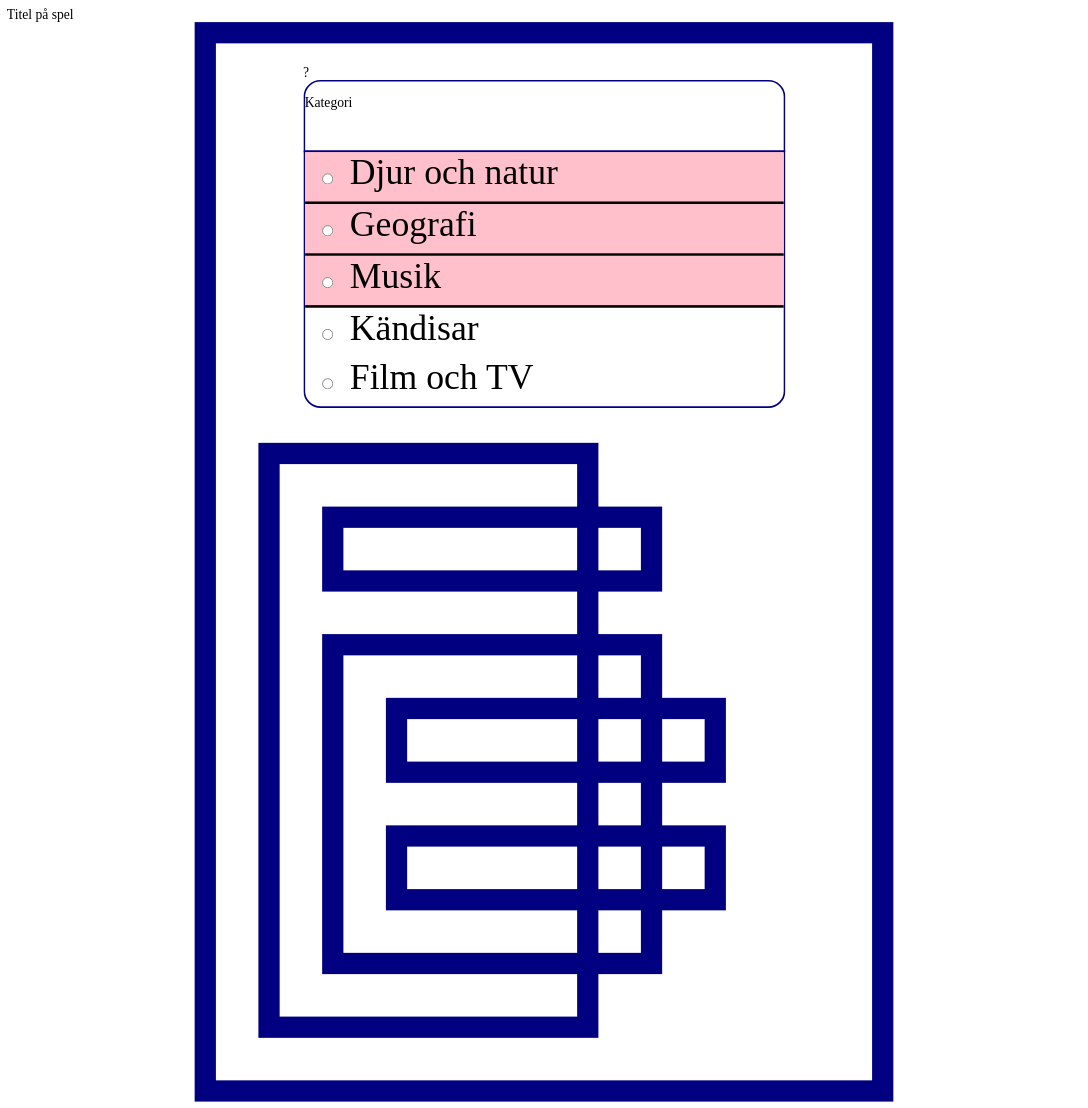
Repository: ed222gg/project2
Page: pages/start.html
The author's editor kept a record of every edit. The page is drawn from the files as they stood at one moment, then again after the next edit.
The browser window is 1280 px wide. The pictures show the whole page, at 85% of full size.

Above is the page before.

### pages/start.html
<!DOCTYPE html>
<html>

<head>
    <meta charset="utf-8" />
    <title>Index</title>
    <link rel="stylesheet" type="text/css" href="../css/style.css" />
</head>

<body>
    <header>Titel på spel</header>
    <main>
        <div id="container">
            <div id="help">?</div>
            <div id="CategoryTitle"><p>Kategori</div>
            <div id="categories">
                <ul>
                    <div id="li0"><li><input type="radio" id="c0" name="category" value="0">Djur och natur</li></div>
                    <div id="li1"><li><input type="radio" id="c1" name="category" value="1">Geografi</li></div>
                 <div id="li2">   <li><input type="radio" id="c2" name="category" value="2">Musik</li></div>
                  <div id="li3"> <li><input type="radio" id="c3" name="category" value="3">Kändisar</li></div>
                  <div id="li4">  <li><input type="radio" id="c4" name="category" value="4">Film och TV</li></div>
                </ul>




            </div>
        </div>
        <!-- <template id="tamplate"> -->
        <div id="gameLayout">
            <div id="topLayout"></div>
            <div id="bottomLayout">
                <div id="bottomLeft"></div>
            <div id="bottomRight"></div>
        </div>
        </div>
        <!-- </template> -->

    </main>
    <script src="../script/Game.js" type="text/javascript"></script>
</body>

</html>

<!-- main funktionen
   var template = document.querySelector('#template');
   var gameLayout = template.content.querySelector('#gameLayout').cloneNode(true);

   // om du vill hämta element i main funktionen
   gameLayout.questionP = gameLayout.querySelector('#question');
   gameLayout.questionP.innerHTML ='vem van vm 2011';

   // lägger ut allt
   container.appendChild(gameLayout);
   <--

### css/style.css
body{
    background: #FFFFFF;
}

main{
    /* float: right; */
  overflow: auto;
  margin: auto;
  width: 722px;
  padding: 25px;
  border: 25px solid navy;
}
header{}
input{

    margin: 20px;}

#template{ }
#gameLayout{
    float:left;
    width: 300px;
    padding: 25px;
    border: 25px solid navy;
    margin: 25px;}
#topLayout{
      float:left;
      width: 300px;
    padding: 25px;
    border: 25px solid navy;
    margin: 25px;}
#bottomLayout{   float:left;width: 300px;
    padding: 25px;
    border: 25px solid navy;
    margin: 25px;}
#bottomLeft{  float:left; width: 300px;
    padding: 25px;
    border: 25px solid navy;
    margin: 25px;}
#bottomRight{   float:left;width: 300px;
    padding: 25px;
    border: 25px solid navy;
    margin: 25px;}



#categories{  float:left;
    margin: 0px;
    padding: 0px;
    list-style-type: none;
}


#container{    overflow: auto;
  /* float: left; */
  width: 567px;
  padding: -29px;
 /* border: 8px solid navy;*/
  margin: auto;
}


#CategoryTitle{


  width: 563px;
  height: 81px;
  /* padding: 18px; */
  border: 2px solid navy;
  /* margin: 25px; */
  margin: auto;
  border-radius-top: 12px;
  border-top-left-radius: 20px;
  border-top-right-radius: 20px;

}


 ul{
  padding: 0px;
  margin-top: -2px;
  width: 563px;
  border: 2px solid navy;
  border-bottom-left-radius: 20px;
  border-bottom-right-radius: 20px;

 }
 li{  /* width: 51px; */
  font-size: 42px;
  /* font-family: serif; */
  list-style-type: none;
  /* width: 200px; */
 }

input#c:hover {
  cursor:pointer;

 }

#li0{
background-color:pink;
border-bottom-style: solid;
}
#li1{
background-color:pink;
border-bottom-style: solid;
}

#li2{
background-color:pink;
border-bottom-style: solid;
}

### script/Game.js
"use strict"; //objekt.metod/egenskap(argument)

var Game= {

    pos: 0,
    categoryNr: undefined,
    test: undefined,
    testStatus: undefined,
    question: undefined,
    choice: undefined,
    choises: undefined,
    chA: undefined,
    chB: undefined,
    correct: 0,
    questionsArray: [],


    init: function() {
        var radios = document.getElementsByName('category'); // samla alla cetegoryelementen i en lista
        console.log(radios)

        for (var i = 0; i < radios.length; i++) {
            eventClick(i);
        }
        //funktionen eventclick som vi kallar på i forloopen ovan,
        //lägger en eventlistener på alla elementen i radios
        function eventClick(categoryId){
            radios[categoryId].addEventListener("click", function() {
            if (radios[categoryId].checked)
            {

                //nu har vi checkat samt vet vilket id categorin har. nu kan vi sätta rätt frågor. next step.
                //hmm hur var det jag hade tänkt nu då...
                console.log(categoryId)

            }


            });
        }



    },
};
//När sidan har laddads in så anropas init.
window.onload = Game.init;


 /* // main funktionen
   var template = document.querySelector('#template');
   var gameLayout = template.content.querySelector('#gameLayout').cloneNode(true);

   // om du vill hämta element i main funktionen
   gameLayout.questionP = gameLayout.querySelector('#question');
   gameLayout.questionP.innerHTML ='vem van vm 2011';

   // lägger ut allt
   container.appendChild(gameLayout);*/

After the next edit:
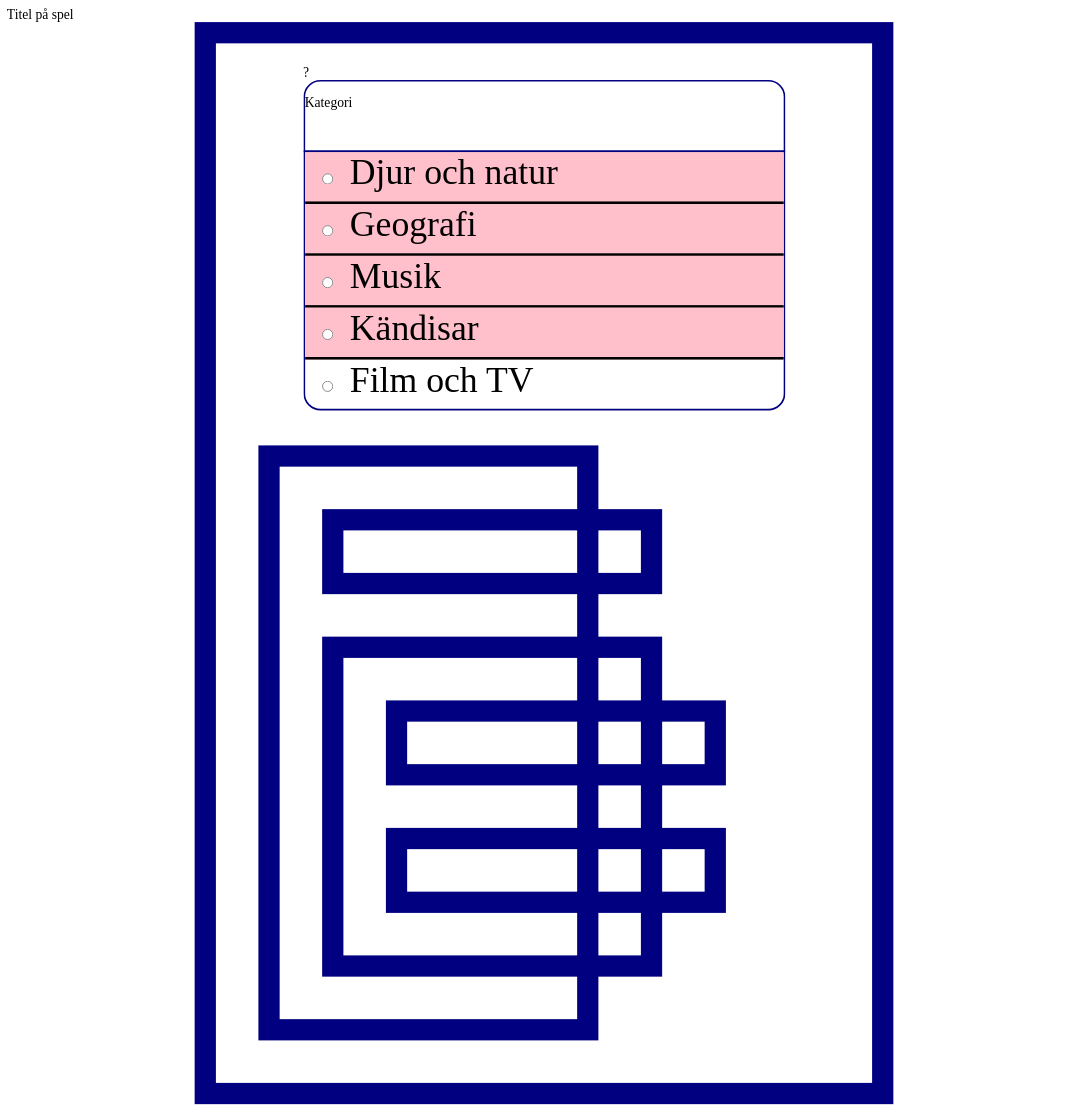
The edit:
--- a/css/style.css
+++ b/css/style.css
@@ -109,3 +109,8 @@ border-bottom-style: solid;
 background-color:pink;
 border-bottom-style: solid;
 }
+
+#li3{
+background-color:pink;
+border-bottom-style: solid;
+}
